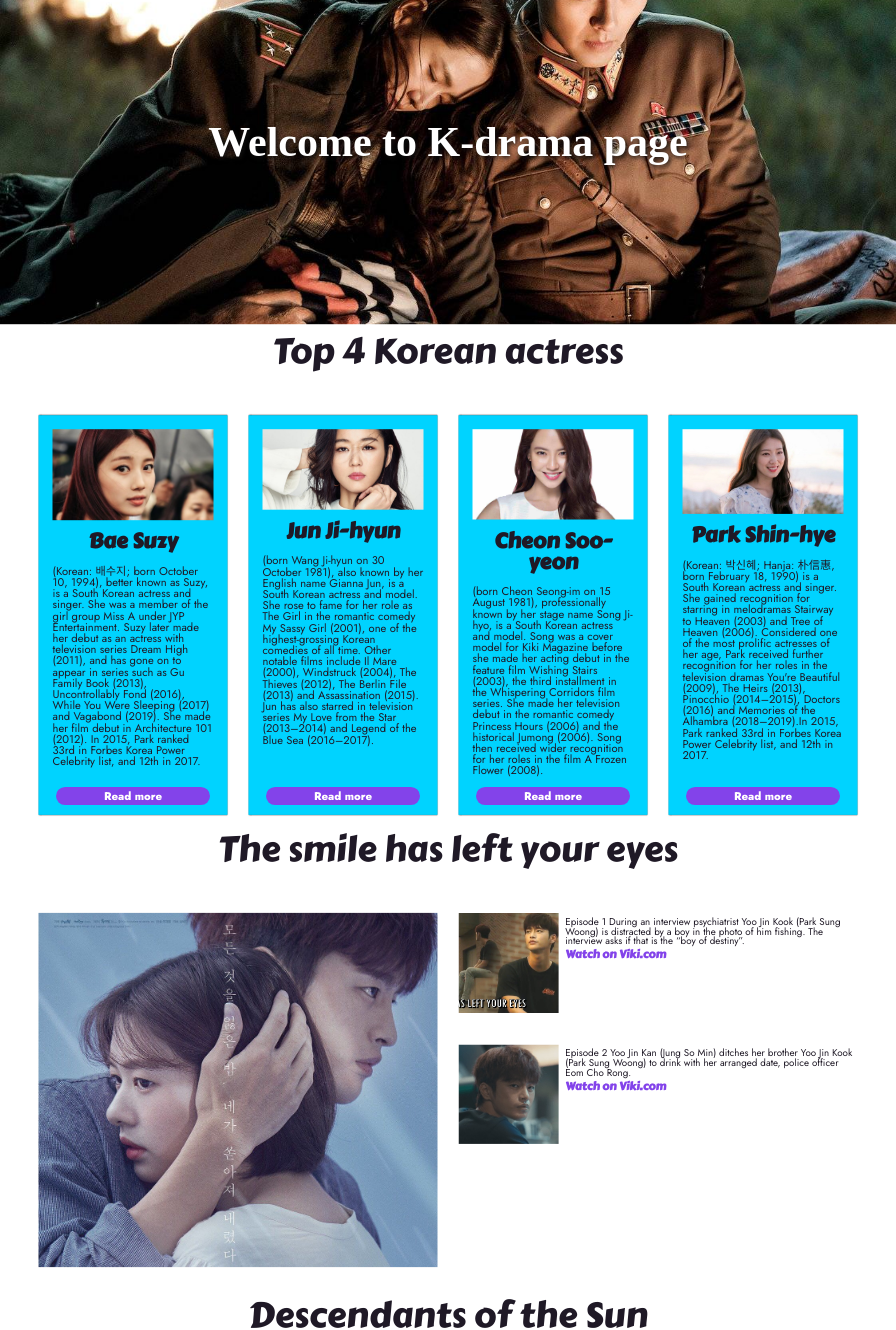
Repository: michalskirobert/K-drama-website
Page: index.html
An editor plug-in stored every save of this project. The page is shown before and after the next save, followed by the edit.
The browser window is 1280 px wide. The pictures show the part of the page from y = 93 to 1993 px (the page is 2767 px tall), at 70% of full size.
A picture or video elsewhere on the page could not be fetched, so the positions and the page height are approximate. Some web fonts or font styles are not loaded; a fallback is used.

Above is the page before, as saved 2020-10-26 21:34:15.

### index.html
<!DOCTYPE html>
<html lang="en">

<head>
  <meta charset="UTF-8" />
  <meta name="viewport" content="width=device-width, initial-scale=1.0" />
  <meta name="author" content="Robert Michalski" />
  <meta name="description" content="Websie about K-drama" />
  <meta name="keywords" content="k-drama, korea, south" />
  <link rel="stylesheet" href="./css/style.css" />
  <link
    href="https://fonts.googleapis.com/css2?family=Roboto:ital,wght@0,100;0,300;0,400;0,500;0,700;0,900;1,100;1,300;1,400;1,500;1,700;1,900&display=swap"
    rel="stylesheet">
  <meta property="og:site_name" content="K-dramas" />
  <meta property="og:url" content="www.example.com" />
  <meta property="og:type" content="website" />
  <meta name="title" property="og:title" content="K-dramas are awesome!" />
  <meta name="image" property="og:image" content="./image/banner.jpg" />
  <meta property="og:image:type" content="image/png">
  <meta property="og:image:width" content="1024">
  <meta property="og:image:height" content="1024">
  <title>K-drama world</title>
</head>

<body>
  <header>
    <nav>
      <a href="./index.html" class="logo">Drama<span>.kr</span></a>
      <ul class="nav-list">
        <li><a href="#" class="nav-links">Home</a></li>
        <li><a href="#" class="nav-links">Dramas</a></li>
        <li><a href="#" class="nav-links">About</a></li>
        <li><a href="#" class="nav-links">Contact</a></li>
      </ul>
    </nav>
  </header>
  <main>
    <section class="banner">
      <div class="vertical__text">
        <h2>Welcome to K-drama page</h2>
      </div>
    </section>
    <section class="home main--box">
      <h1>Top 4 Korean actress</h1>
      <div class="container">
        <div class="box__item">
          <div class="box">
            <img src="./img/actress/bae__suzy.jpg" alt="Bae Suzy" id="suzyBae" /></a>
            <h2>Bae Suzy</h2>
            <p>
              (Korean: 배수지; born October 10, 1994), better known as Suzy, is a South Korean actress and
              singer. She was a member of the girl group Miss A under JYP Entertainment. Suzy later made her debut as an
              actress with television series Dream High (2011), and has gone on to appear in series such as Gu Family
              Book (2013), Uncontrollably Fond (2016), While You Were Sleeping (2017) and Vagabond (2019). She made her
              film debut in Architecture 101 (2012). In 2015, Park ranked 33rd in Forbes Korea Power Celebrity list, and
              12th in 2017.
            </p>
            <div class="btn__item">
              <a href="https://en.wikipedia.org/wiki/Bae_Suzy" target="_blank" class="box__button">Read more</a>
            </div>
          </div>
        </div>
        <div class="box__item">
          <div class="box">
            <img src="./img/actress/Jun_Ji_Hyun.jpg" alt="Jun ji hyun" id="junJiHyun">
            <h2>Jun Ji-hyun</h2>
            <p>
              (born Wang Ji-hyun on 30 October 1981), also known by her English name Gianna Jun, is a South
              Korean actress and model. She rose to fame for her role as The Girl in the romantic comedy My Sassy Girl
              (2001), one of the highest-grossing Korean comedies of all time. Other notable films include Il Mare
              (2000), Windstruck (2004), The Thieves (2012), The Berlin File (2013) and Assassination (2015).
              Jun has also starred in television series My Love from the Star (2013–2014) and Legend of the Blue Sea
              (2016–2017).
            </p>
            <div class="btn__item">
            <a href="https://en.wikipedia.org/wiki/Jun_Ji-hyun" target="_blank" class="box__button">Read more</a>
            </div>
          </div>
        </div>
        <div class="box__item">
          <div class="box">
            <img src="./img/actress/song-ji-hyo.jpg" alt="Cheon Soo-yeon" id="cheonSooYeon" />
            <h2>Cheon Soo-yeon</h2>
            <p>
              (born Cheon Seong-im on 15 August 1981), professionally known by her stage name Song Ji-hyo, is a South
              Korean actress and model. Song was a cover model for Kiki Magazine before she made her acting debut in the
              feature film Wishing Stairs (2003), the third installment in the Whispering Corridors film series. She
              made her television debut in the romantic comedy Princess Hours (2006) and the historical Jumong (2006).
              Song then received wider recognition for her roles in the film A Frozen Flower (2008).
            </p>
            <div class="btn__item">
            <a href="https://en.wikipedia.org/wiki/Song_Ji-hyo" class="box__button">Read more</a>
            </div>
          </div>
        </div>
        <div class="box__item">
          <div class="box">
            <img src="./img/actress/park_shinhye.jpg" alt="Park Shin-hye" id="parkShinHye" />
            <h2>Park Shin-hye</h2>
            <p>
              (Korean: 박신혜; Hanja: 朴信惠, born February 18, 1990) is a South Korean actress and singer. She gained
              recognition for starring in melodramas Stairway to Heaven (2003) and Tree of Heaven (2006). Considered one
              of the most prolific actresses of her age, Park received further recognition for her roles in the
              television dramas You're Beautiful (2009), The Heirs (2013), Pinocchio (2014–2015), Doctors (2016) and
              Memories of the Alhambra (2018–2019).In 2015, Park ranked 33rd in Forbes Korea Power Celebrity list, and
              12th in 2017.
            </p>
            <div class="btn__item">
            <a href="https://en.wikipedia.org/wiki/Park_Shin-hye" target="_blank" class="box__button">Read more</a>
            </div>
          </div>
        </div>
      </div>
      </div>
    </section>
    <section class="drama__list">
      <h2>The smile has left your eyes</h2>
      <div class="container container--drama">
        <div class="image__container__item">
          <img src="./img/dramas/theSmileHasLeftYourEyes.jpg" alt="">
        </div>
        <div class="drama__container">
          <div class="box__item box__item--drama">
            <div class="box box--drama">
              <img src="./img/dramas/tshlEp1.jpg" alt="">
              <p>
                <b>Episode 1</b>
                During an interview psychiatrist Yoo Jin Kook (Park Sung Woong) is distracted by a boy in the photo of
                him fishing. The interview asks if that is the “boy of destiny”.
              </p>
              <a href="https://www.viki.com/tv/36185c-the-smile-has-left-your-eyes" target="_blank">Watch on
                Viki.com</a>
            </div>
          </div>
          <div class="box__item box__item--drama">
            <div class="box box--drama">
              <img src="./img/dramas/tshlEp2.jpg" alt="">
              <p>
                <b>Episode 2</b>
                Yoo Jin Kan (Jung So Min) ditches her brother Yoo Jin Kook (Park Sung Woong) to drink with her arranged
                date, police officer Eom Cho Rong.
              </p>
              <a href="https://www.viki.com/tv/36185c-the-smile-has-left-your-eyes" target="_blank">Watch on
                Viki.com</a>
            </div>
          </div>
        </div>
      </div>
      <h2>Descendants of the Sun</h2>
      <div class="container container--drama">
        <div class="image__container__item desc">
          <img src="./img/dramas/Descendants_of_the_Sun.jpg" alt="Descendants of the Sun">
        </div>
        <div class="content__box">
          <p>Descendants of the Sun (Korean: 태양의 후예; RR: Taeyang-ui Huye) is a 2016 South Korean television series
            starring Song Joong-ki, Song Hye-kyo, Jin Goo, and Kim Ji-won. It aired on KBS2 from February 24
            to April 14, 2016 for 16 episodes. KBS then aired three additional special episodes from April 20 to
            April 22, 2016 containing highlights and the best scenes from the series, the drama's production process,
            behind-the-scenes footage, commentaries from cast members and the final epilogue. <br>

            The series was a major hit in South Korea where it drew a peak audience share of 38.8%. It received
            several awards, such as winning the Grand Prize in television at the 52nd Baeksang Arts Awards; and was
            named the Most Popular Show of the year by Korea Broadcasting Advertising Corporation. <br>

            The show was broadcast across Asia where it was hugely popular and has been credited with a rise in
            tourism to Korea. A local adaptation has aired in Vietnam and adaptations are planned in
            China and the Philippines.. The actors in the show also received international recognition.
          </p>
          <a href="https://www.viki.com/tv/23205c-descendants-of-the-sun">Watch on Viki.com</a>
        </div>
      </div>
      </div>
      </div>
    </section>
  </main>
  <footer>
    <div class="container__footer">
      <div class="nav__item">
        <ul class="nav-list footer">
          <li><b class="footerHeading">Menu</b></li>
          <li><a href="#">Home</a></li>
          <li><a href="#">Dramas</a></li>
          <li><a href="#">About</a></li>
          <li><a href="#">Contact</a></li>
        </ul>
        <ul class="social-media">
          <li><b class="footerHeading">Social Media</b></li>
          <li><a href="#">Facebook</a></li>
          <li><a href="#">Twitter</a></li>
          <li><a href="#">YouTube</a></li>
          <li><a href="#">Instagram</a></li>
        </ul>
        <ul class="service">
          <li><b class="footerHeading">Service</b></li>
          <li><a href="#">Support</a></li>
          <li><a href="#">Join us</a></li>
          <li><a href="#">Label</a></li>
          <li><a href="#">Shop</a></li>
        </ul>
        <ul class="partners">
          <li><b class="footerHeading">Partners</b></li>
          <li><a href="#">Viki.com</a></li>
          <li><a href="#">Enjoy.com</a></li>
          <li><a href="#">SoutKorea.kr</a></li>
          <li><a href="#">Naver.com</a></li>
        </ul>
      </div>
      <div class="form__newsletter">
        <div id="hidden__communicate">
        </div>
        <label for="mail">Newsletter</label>
        <input type="email" name="mail" id="valid__mail" placeholder="your e-mail"><input type="submit" value="Send"
          id="button" onclick="sendButton()">
      </div>
  </footer>
</body>
<script type="text/javascript" src="./js/index.js"></script>

</html>

### css/style.css
/*made by Robert Michalski*/

@import "reset.css";

/* carter-one-regular - latin */
@font-face {
  display: swap;
  font-family: 'Carter One';
  font-style: normal;
  font-weight: 400;
  src: local('Carter One'), local('CarterOne'),
       url('./fonts/carter-one-v12-latin-regular.woff2') format('woff2'), /* Chrome 26+, Opera 23+, Firefox 39+ */
       url('./fonts/carter-one-v12-latin-regular.woff') format('woff'); /* Chrome 6+, Firefox 3.6+, IE 9+, Safari 5.1+ */
}

/* gloria-hallelujah-regular - latin */
@font-face {
  display: swap;
  font-family: 'Gloria Hallelujah';
  font-style: normal;
  font-weight: 400;
  src: local('Gloria Hallelujah'), local('GloriaHallelujah'),
       url('./fonts/gloria-hallelujah-v12-latin-regular.woff2') format('woff2'), /* Chrome 26+, Opera 23+, Firefox 39+ */
       url('./fonts/gloria-hallelujah-v12-latin-regular.woff') format('woff'); /* Chrome 6+, Firefox 3.6+, IE 9+, Safari 5.1+ */
}

/* jost-regular - latin */
@font-face {
  font-family: 'Jost';
  font-style: normal;
  font-weight: 400;
  src: local(''),
       url('./fonts/jost-v4-latin-regular.woff2') format('woff2'), /* Chrome 26+, Opera 23+, Firefox 39+ */
       url('./fonts/jost-v4-latin-regular.woff') format('woff'); /* Chrome 6+, Firefox 3.6+, IE 9+, Safari 5.1+ */
}
/* jost-600 - latin */
@font-face {
  font-family: 'Jost';
  font-style: normal;
  font-weight: 600;
  src: local(''),
       url('./fonts/jost-v4-latin-600.woff2') format('woff2'), /* Chrome 26+, Opera 23+, Firefox 39+ */
       url('./fonts/jost-v4-latin-600.woff') format('woff'); /* Chrome 6+, Firefox 3.6+, IE 9+, Safari 5.1+ */
}
/* jost-800 - latin */
@font-face {
  font-family: 'Jost';
  font-style: normal;
  font-weight: 800;
  src: local(''),
       url('./fonts/jost-v4-latin-800.woff2') format('woff2'), /* Chrome 26+, Opera 23+, Firefox 39+ */
       url('./fonts/jost-v4-latin-800.woff') format('woff'); /* Chrome 6+, Firefox 3.6+, IE 9+, Safari 5.1+ */
}
/* jost-italic - latin */
@font-face {
  font-family: 'Jost';
  font-style: italic;
  font-weight: 400;
  src: local(''),
       url('./fonts/jost-v4-latin-italic.woff2') format('woff2'), /* Chrome 26+, Opera 23+, Firefox 39+ */
       url('./fonts/jost-v4-latin-italic.woff') format('woff'); /* Chrome 6+, Firefox 3.6+, IE 9+, Safari 5.1+ */
}

:root {
  --ff-primary: 'Jost', sans-serif;
  --ff-secondary: 'Carter One';
  --ff-unique: 'Gloria Hallelujah';

  --fw-h2: 600;
  --fw-h3: 900;
  --fw-p: 400;

  --fs-h1: 30px;
  --fs-h2: 28px;
  --fs-h3: 20px;
  --fs-p: 16px;

  --crl-primary: #8343EA;
  --crl-scondary: #9D89B3;
  --crl-tertiary: #00D3FF;
  --crl-default: #1F1926;
  --crl-basic: #FDF7FF;

}

*, *::after, *::before {
  box-sizing: border-box;
  margin: 0;
  padding: 0;
  text-decoration: none;
  font-family: var(--ff-primary);
  color: var(--crl-default);
}

header {
  width: 100%;
  position: fixed;
  background: #fff;
  max-height: 10vh;
  box-shadow: 0 0 5px #111;
  z-index: 255;
}

nav {
  display: flex;
  flex-direction: column;
  align-items: center;
}

main {
  padding-top: 5vh;
}

h1, h2, h3, h4, h5, h6 {
  font-family: var(--ff-secondary);
  padding: 15px 0;
}

h1, h2 {
  text-align: center;
  margin: 0 auto;
}

h1 {
  font-size: var(--fs-h1);
}

h2 {
  font-size: var(--fs-h2);
}

h3 {
  font-size: var(--fs-h3);
}

p, b, i, label {
  font-family: var(--ff-primary);
}

i {
  font-weight: 400;
}

.box__button {
  font-family: var(--ff-primary);
}


@media only screen and (min-width: 768px) {
  nav {
    display: flex;
    flex-direction: row;
    flex-wrap: wrap;
    align-items: center;
  }
}

.logo {
  width: 55px;
  text-align: center;
  display: block;
  margin: 0 auto;
  color: black;
  font-family: var(--ff-secondary);
  display: flex;
  align-items: center;
}

.logo span {
  color: blue;
  font-size: .5em;
}

.nav-list {
  display: flex;
  list-style: none;
  justify-content: space-around;
}

.nav-list li {
  padding-left: 15px;
}

.nav-links {
  color: var(--crl-default);
  font-size: 18px;
}

.nav-links:hover,
.nav-links:focus {
  color: var(--crl-scondary);
  font-size: 18px;
  font-weight: bold;
  transition: 0.5s ease;
  border: none;
}

.container {
  padding-top: 50px;
  max-width: 1200px;
  display: flex;
  flex-direction: column;
}

.container img {
  text-align: center;
  margin: 0 auto;
  display: block;
  width: 100%;
}

.box__item h2 {
  font-size: 30px;
  font-weight: 900;
  text-align: center;
  margin-bottom: 5px;
}
.box {
  display: flex;
  position: relative;
  flex-direction: column;
  padding: 20px;
  box-shadow: 0 0 2px #111;
  overflow: hidden;
  height: calc(100% + 35px);
  background-color: var(--crl-tertiary);
}

.box--drama {
  background-color: transparent;
}

.banner {
  background-image: url(./../img/banner.jpg);
  background-position: center;
  background-size: cover;
  background-repeat: no-repeat;
  height: calc(100vh - 200px);
  width: 100%;
  display: table;
}
.vertical__text {
  display: table-cell;
  vertical-align: middle;
}
.banner h2 {
  font-size: 60px;
  font-weight: 900;
  line-height: 70px;
  color: #fff;
  text-align: center;
  text-shadow: 2px 2px 8px #111;
  display: block;
  font-family: var(--ff-unique);
}
.box__item {
  display: flex;
  margin-bottom: 15px;
  padding: 0 15px 30px 15px;
}
a {
  font-family: var(--ff-secondary);
  color: var(--crl-primary);
  font-weight: bold;
}
a:hover {
  color: red;
  font-size: 17px;
  font-weight: 900;
  transition: 0.5s;
}
@media only screen and (min-width: 768px) {
  .container {
    margin-top: 50px;
    flex-direction: row;
    flex-wrap: wrap;
  }
  .box__item {
    display: flex;
    flex-basis: 50%;
    padding: 0 15px 30px 15px;
  }
}

.box__button {
  display: inline-block;
  width: calc(100% - 50px);
  font-size: 16px;
  border: none;
  color: #fff;
  font-weight: 900;
  padding: 5px;
  border-radius: 150px;
  background-color: var(--crl-primary);
}
.box__button:hover {
  background-color: var(--crl-scondary);
  color: #fff;
  padding: 8px;
  transition: 0.5s ease-in-out;
}

@media only screen and (min-width: 1200px) {
  .logo {
    display: flex;
    align-content: center;
    float: left;
    margin-left: 15px;
    line-height: normal;
  }
  .container {
    display: flex;
    flex-direction: row;
    flex-wrap: wrap;
    width: 100%;
    margin: 0 auto;
  }
  .box__item {
    flex-basis: 25%;
  }
  .nav-list {
    margin-left: auto;
    width: 800px;
    height: 8vh;
    align-items: center;
  }
  .content__box {
    flex-basis: 50%;
  }
  .desc {
    width: 600px;
  }
}

.image__container__item {
  padding: 0 15px 30px 15px;
}

.box.box--drama {
  display: block;
  padding: 0;
  align-items: center;
  border: none;
  box-shadow: none;
}
.box.box--drama p {
  margin-left: 10px;
  padding: 5px;
  font-size: 14px;
}
.box.box--drama img {
  margin-right: 10px;
  width: 30%;
  margin-top: 15px;
  float: left;
}
h3 {
  font-size: 18px;
  font-weight: 900;
  height: fit-content;
}
.drama__title {
  display: block;
}
.content__box {
  padding: 0 15px 30px 15px;
}

@media only screen and (min-width: 768px) {
  h1,
  h2 {
    font-size: 50px;
  }
  .image__container__item {
    display: flex;
    align-items: center;
    max-width: 50%;
  }
  .box.box--drama {
    padding: 0;
    align-items: center;
  }
  .box.box--drama img {
    float: left;
    margin-top: 0;
    margin-right: 10px;
    width: 25%;
  }
  .drama__container {
    display: flex;
    flex-direction: column;
    max-width: 1200px;
    flex-basis: 50%;
  }
  .content__box {
    padding: 0 15px 30px 15px;
  }
  .desc > img {
    width: 100%;
  }
  .desc {
    margin: 0 auto;
    text-align: center;
    display: block;
    max-width: 1200px;
  }
}

footer {
  width: 100%;
  background-color: #111;
  height: fit-content;
  display: flex;
  flex-direction: column;
}
.container__footer {
  display: flex;
  padding: 15px 0;
  flex-wrap: wrap;
  justify-content: center;
}
.nav-list.footer {
  display: flex;
  flex-direction: column;
  padding: 0 20px 0;
  flex-basis: 50%;
}

.nav-list.footer a,
.service a,
.social-media a,
.partners a {
  color: #fff;
  line-height: 26px;
}

footer label,
footer h3,
footer p {
  color: #fff;
}

#hidden__communicate {
  display: none;
  color: green;
  margin-bottom: 2px;
  font-weight: 900;
}

#hidden__communicate::after {
  content: " ✔️";
}
footer h3::after {
  content: url(./../img/letter.png);
  margin-left: 5px;
}

.form__newsletter {
  padding-top: 30px;
  position: relative;
  margin: 0 auto;
}

footer [type="submit"] {
  background: orange;
  border: none;
  padding: 7px;
  font-weight: 900;
  width: 75px;
}
footer [type="submit"]:hover {
  color: #fff;
  transition: 0.5s ease-out;
}
input {
  padding: 5px;
}

.footerHeading {
  color: lightgrey;
  font-weight: 900;
  font-size: 20px;
  line-height: 50px;
}
.social-media,
.service,
.partners {
  flex-basis: 50%;
  padding: 0 20px 0;
}
.nav__item {
  display: flex;
  flex-wrap: wrap;
  flex-direction: row;
  align-items: center;
  justify-content: flex-start;
}

.btn__item {
  width: 100%;
  text-align: center;
  padding-top: 25px;
}


@media only screen and (min-width: 1200px) {
  .nav__item {
    display: flex;
    flex-wrap: nowrap;
    flex-direction: row;
    align-items: center;
    justify-content: flex-start;
  }
}

@media only screen and (min-width: 765px) {
  .btn__item {
    width: 100%;
    text-align: center;
    position: absolute;
    left: 0;
    right: 0;
    top: 93%;
    padding: 0;
  }
}

### css/reset.css
html, body, div, span, applet, object, iframe,
h1, h2, h3, h4, h5, h6, p, blockquote, pre,
a, abbr, acronym, address, big, cite, code,
del, dfn, em, img, ins, kbd, q, s, samp,
small, strike, strong, sub, sup, tt, var,
b, u, i, center,
dl, dt, dd, ol, ul, li,
fieldset, form, label, legend,
table, caption, tbody, tfoot, thead, tr, th, td,
article, aside, canvas, details, embed,
figure, figcaption, footer, header, hgroup,
menu, nav, output, ruby, section, summary,
time, mark, audio, video {
	margin: 0;
	padding: 0;
	border: 0;
	outline: 0;
	font-size: 100%;
	font: inherit;
	vertical-align: baseline;
	background: transparent;
}
/* HTML5 display-role reset for older browsers */
article, aside, details, figcaption, figure,
footer, header, hgroup, menu, nav, section {
	display: block;
}
body {
	line-height: 1;
}
ol, ul {
	list-style: none;
}
blockquote, q {
	quotes: none;
}
blockquote:before, blockquote:after,
q:before, q:after {
	content: '';
	content: none;
}
table {
	border-collapse: collapse;
	border-spacing: 0;
}

### js/index.js
function sendButton() {
  let button = document.getElementById("button");
  let comm = document.getElementById("hidden__communicate");
  if ((comm.style.display = "none")) {
    comm.style.display = "block";
    comm.innerHTML = "Your request has been sent";
    button.style.color = "white";
    button.style.background = "green";
  } else {
  }
}

After the next save:
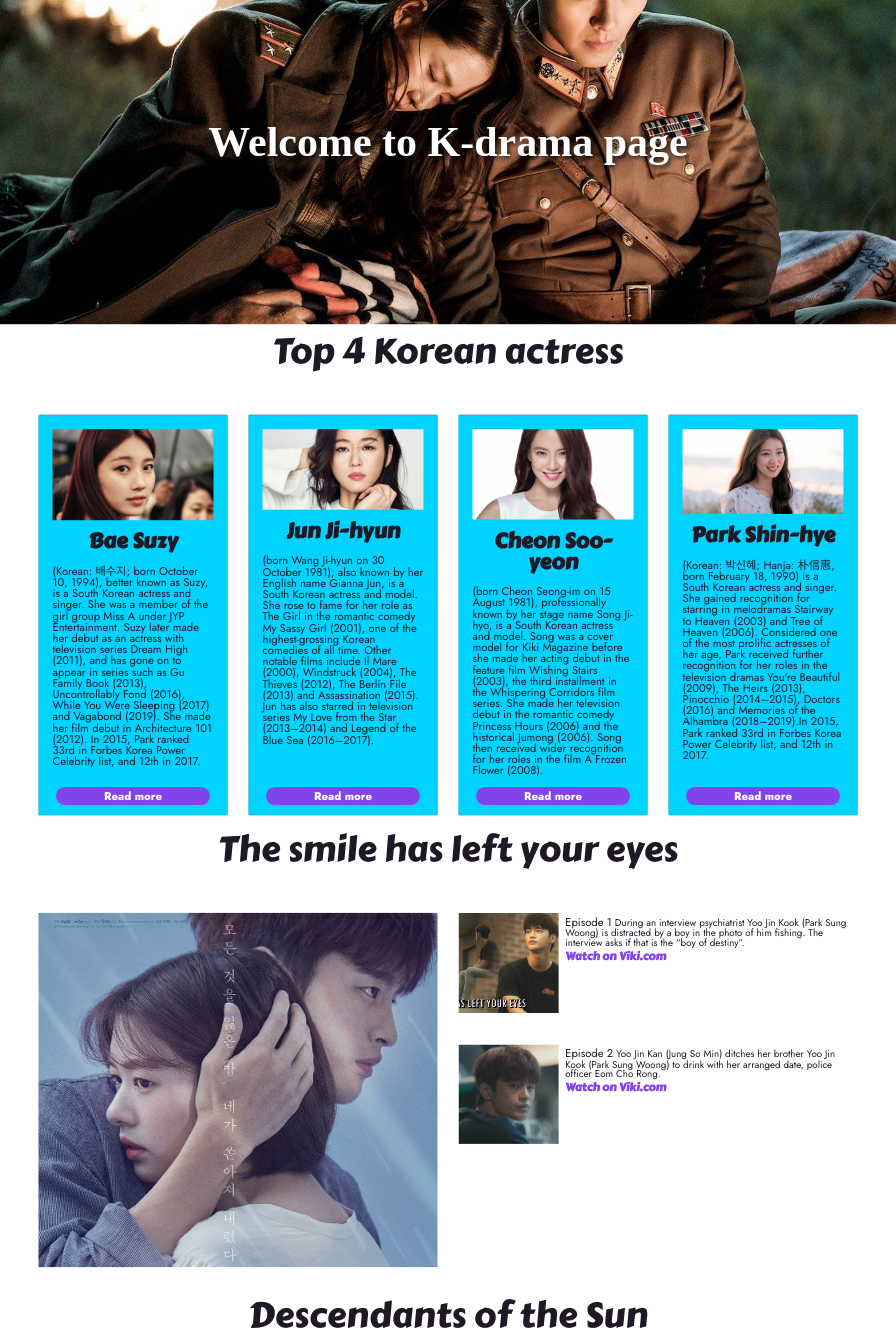
Saved 19 s later.
--- a/css/style.css
+++ b/css/style.css
@@ -135,6 +135,7 @@
 
 p, b, i, label {
   font-family: var(--ff-primary);
+  font-size: var(--fs-p);
 }
 
 i {
